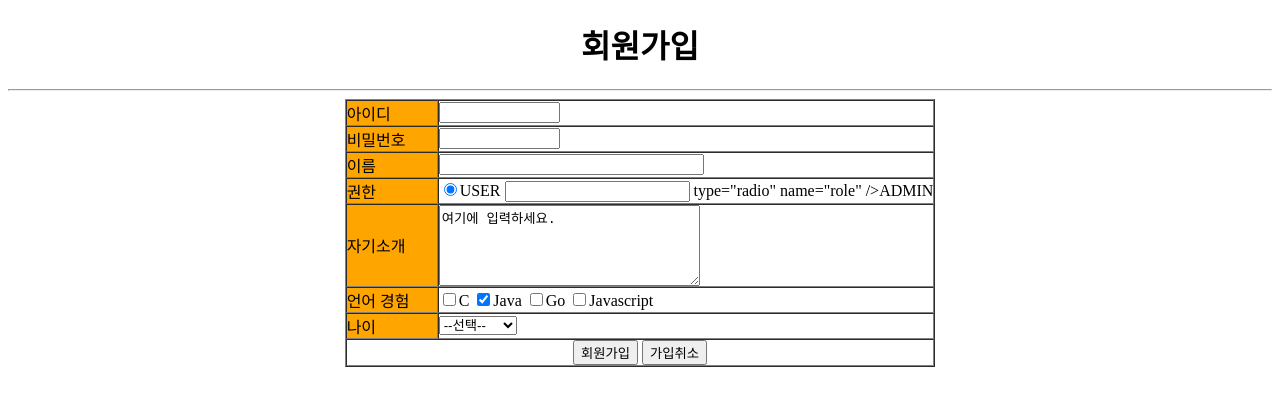
Repository: TPoleon/Servlet-JSP
Page: BoardWeb/src/main/webapp/insertUser.html
An editor plug-in stored every save of this project. The page is shown before and after the next save, followed by the edit.
The browser window is 1280 px wide. The pictures show the whole page.

Above is the page before, as saved 2023-11-16 12:56:06.

After the next save:
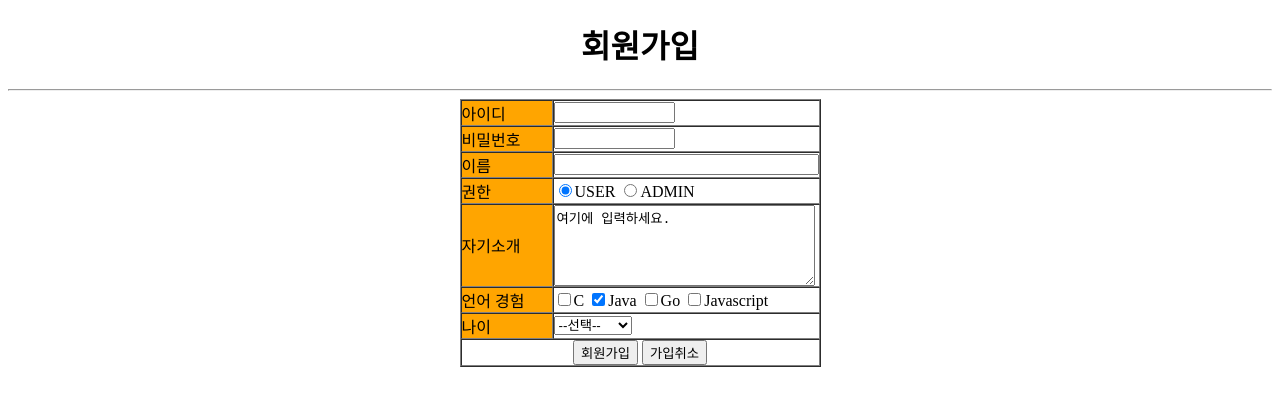
Saved 50 s later.
--- a/BoardWeb/src/main/webapp/insertUser.html
+++ b/BoardWeb/src/main/webapp/insertUser.html
@@ -27,7 +27,7 @@
 
 				<tr>
 					<td bgcolor="orange">권한</td>
-					<td><input type="radio" name="role" checked />USER <input>
+					<td><input type="radio" name="role" checked />USER <input
 						type="radio" name="role" />ADMIN</td>
 				</tr>
 
